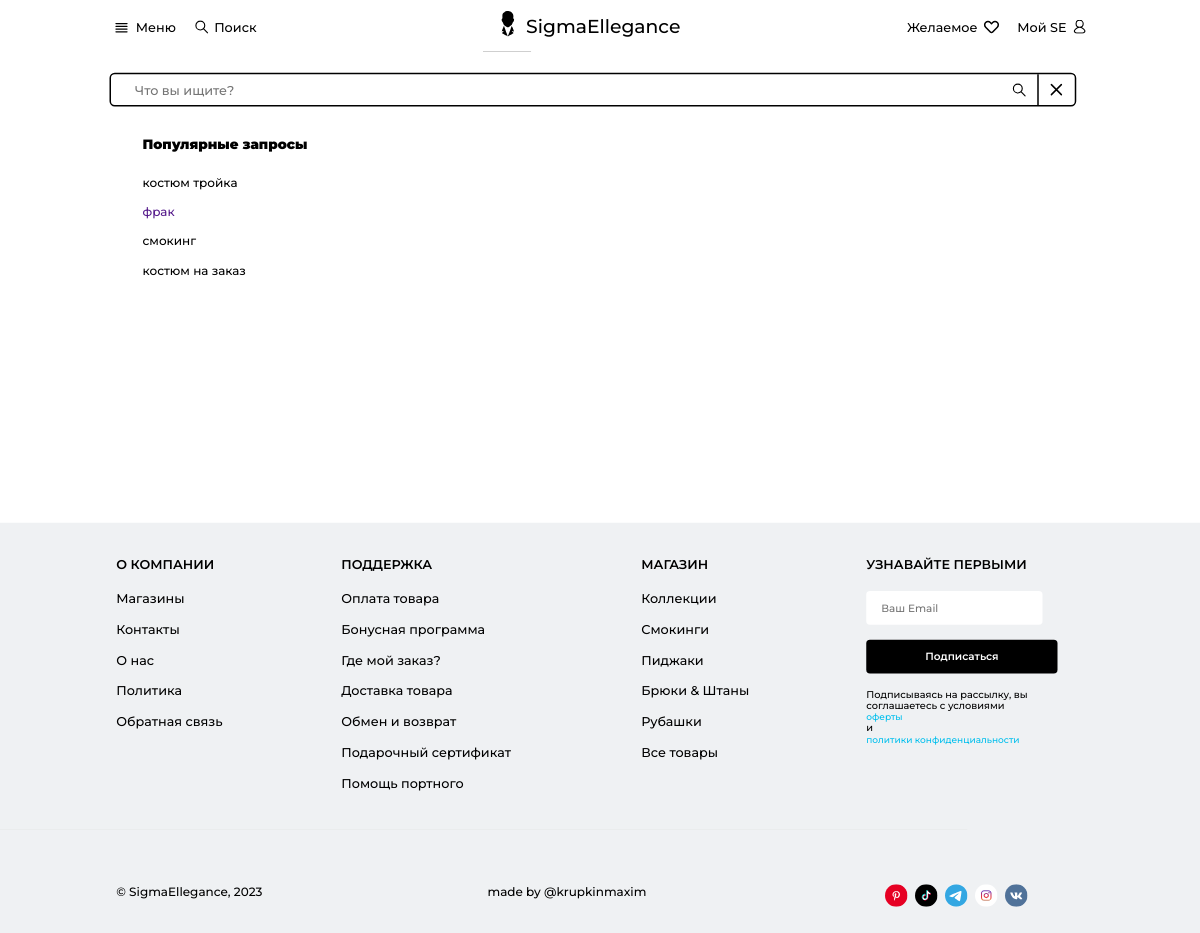
Repository: MaksimKrupkin/SigmaEllegance
Page: /searchPage
These files come from the project's save history. The page is drawn as it stood at one moment and after the next save; the edit follows.
The browser window is 1280 px wide. The page is 1600 px wide, so the pictures cover 1600 px, including what lies to the right of the window. The pictures show the whole page, at 75% of full size.
Some web fonts or font styles are not loaded; a fallback is used. The project was rebuilt for these pictures with package versions that can differ from the ones it lists, and the page was loaded fresh each time. Also part of the build but not shown: src/Components/SideBar/SideBar.module.css, src/Components/SideBar/SideBar.jsx, src/Pages/HomePage.module.css, src/Components/Slider/Slider.module.css, src/Components/SliderCard/SliderCard.module.css, src/Components/SliderCard/SliderCard.jsx, src/Components/Slider/Slider.jsx, src/Components/Styles/Styles.module.css and 16 more.

Above is the page before, as saved 2023-11-29 20:55:16.

### public/index.html
<!DOCTYPE html>
<html lang="en">
  <head>
    <meta charset="utf-8" />

    <meta name="viewport" content="width=device-width, initial-scale=1" />

    <link rel="preconnect" href="https://fonts.googleapis.com" />
    <link rel="preconnect" href="https://fonts.gstatic.com" crossorigin />
    <link
      href="https://fonts.googleapis.com/css2?family=Roboto:wght@400;500;700&display=swap"
      rel="stylesheet" />
    <link
      href="https://fonts.googleapis.com/css2?family=Montserrat:ital,wght@0,300;0,500;0,600;0,900;1,400;1,500&family=Roboto:wght@400;500;700&display=swap"
      rel="stylesheet" />
    <link rel="preconnect" href="https://fonts.googleapis.com" />
    <link rel="preconnect" href="https://fonts.gstatic.com" crossorigin />
    <link
      href="https://fonts.googleapis.com/css2?family=Montserrat:wght@300&family=Roboto:wght@400;500;700&display=swap"
      rel="stylesheet" />
    <link href="https://fonts.cdnfonts.com/css/montserrat" rel="stylesheet" />
    <title>SigmaEllegance</title>
  </head>
  <body>
    <div id="root"></div>
  </body>
</html>

### src/index.js
import React from 'react';
import ReactDOM from 'react-dom/client';
import App from './App';
import { BrowserRouter } from 'react-router-dom';
const root = ReactDOM.createRoot(document.getElementById('root'));
root.render(
  <React.StrictMode>
    <BrowserRouter>
      <App />
    </BrowserRouter>
  </React.StrictMode>,
);

### src/App.js
import Header from './Components/Header/Header';
import HomePage from './Pages/HomePage';
import styles from './App.module.css';
import GoodsPage from './Pages/GoodsPage/GoodsPage';
import OpenGoodPage from './Pages/OpenGoodPage/OpenGoodPage';
import Footer from './Components/Footer/Footer';
import { BrowserRouter, Route, Routes } from 'react-router-dom';
import AboutUs from './Pages/AboutUs/AboutUs';
import SearchPage from './Pages/SearchPage/SearchPage';

function App() {
  return (
    <div className={styles.container}>
      <Header />
      <Routes>
        <Route path="/" element={<HomePage />} />
        <Route path="/goodspage" element={<GoodsPage />} />
        <Route path="/opengoodspage" element={<OpenGoodPage />} />
        <Route path="/aboutUsPage" element={<AboutUs />} />
        <Route path="/searchPage" element={<SearchPage />} />
      </Routes>

      <Footer />
    </div>
  );
}

export default App;

### src/Components/Header/Header.jsx
import React from 'react';
import { useState } from 'react';
import { Link } from 'react-router-dom';
import styles from './Header.module.css';
import logo from '../../assets/img/logo.svg';
import icon1 from '../../assets/img/Icon1.svg';
import icon2 from '../../assets/img/icon2.svg';
import icon3 from '../../assets/img/icon3.svg';
import icon4 from '../../assets/img/icon4.svg';
import SideBar from '../SideBar/SideBar';

function Header() {
  const [toggleMenu, setToggleMenu] = useState(false);
  const HandleToggle = () => {
    setToggleMenu(!toggleMenu);
  };
  console.log(toggleMenu);
  return (
    <header className={styles.header}>
      <div className={styles.left_part}>
        <div onClick={HandleToggle} className={styles.menu}>
          <img className={styles.icon1} src={icon1} alt="" />
          <p>Меню</p>
        </div>
        {toggleMenu && <SideBar HandleToggle={HandleToggle} />}

        <Link to="/searchPage" className={styles.search}>
          <img className={styles.icon2} src={icon2} alt="" />
          <p>Поиск</p>
        </Link>
      </div>
      <Link to="/" className={styles.logo_part}>
        <img className={styles.logo} src={logo} alt="" />
        <p>SigmaEllegance</p>
      </Link>
      <div className={styles.right_part}>
        <a className={styles.liked}>
          <p>Желаемое</p>
          <img className={styles.icon3} src={icon3} alt="" />
        </a>
        <a className={styles.purchases}>
          <p>Мой SE</p>
          <img className={styles.icon4} src={icon4} alt="" />
        </a>
      </div>
    </header>
  );
}

export default Header;

### src/App.module.css
body {
  font-family: 'Montserrat', sans-serif;
  display: block;
  margin: 0 auto;
  padding: 0;
  width: 100%;
  overflow-x: hidden;
}
.container {
  width: 1600px;
  display: block;
  margin: 0 auto;
  position: relative;
}

*,
*::before,
*::after {
  box-sizing: border-box;
}

/* Links */

a,
a:link,
a:visited {
  text-decoration: none;
}

a:hover {
  text-decoration: none;
}

/* Common */

aside,
nav,
footer,
header,
section,
main {
  display: block;
}

h1,
h2,
h3,
h4,
h5,
h6,
p {
  font-size: inherit;
  font-weight: inherit;
}

ul,
ul li {
  list-style: none;
}

img {
  vertical-align: top;
}

img,
svg {
  max-width: 100%;
  height: auto;
}

address {
  font-style: normal;
}

/* Form */

input,
textarea,
button,
select {
  font-family: inherit;
  font-size: inherit;
  color: inherit;
  background-color: transparent;
}

input::-ms-clear {
  display: none;
}

button,
input[type='submit'] {
  display: inline-block;
  box-shadow: none;
  background-color: transparent;
  background: none;
  cursor: pointer;
}

input:focus,
input:active,
button:focus,
button:active {
  outline: none;
}

button::-moz-focus-inner {
  padding: 0;
  border: 0;
}

label {
  cursor: pointer;
}

legend {
  display: block;
}

### src/Components/Footer/Footer.jsx
import React from 'react';
import icon1 from '../../assets/img/pint.svg';
import icon2 from '../../assets/img/TT.svg';
import icon3 from '../../assets/img/TG.svg';
import icon4 from '../../assets/img/IG.svg';
import icon5 from '../../assets/img/VK.svg';
import styles from './Footer.module.css';

export default function Footer() {
  return (
    <footer className={styles.footer}>
      <div className={styles.column_1}>
        <a className={styles.column_title}>О компании</a>
        <a className={styles.column_item}> Магазины</a>
        <a className={styles.column_item}>Контакты</a>
        <a className={styles.column_item}>О нас</a>
        <a className={styles.column_item}>Политика</a>
        <a className={styles.column_item}>Обратная связь</a>
      </div>
      <div className={styles.column_2}>
        <a className={styles.column_title}>Поддержка</a>
        <a className={styles.column_item}> Оплата товара</a>
        <a className={styles.column_item}>Бонусная программа</a>
        <a className={styles.column_item}>Где мой заказ?</a>
        <a className={styles.column_item}>Доставка товара</a>
        <a className={styles.column_item}>Обмен и возврат</a>
        <a className={styles.column_item}>Подарочный сертификат</a>
        <a className={styles.column_item}>Помощь портного</a>
      </div>
      <div className={styles.column_3}>
        <a className={styles.column_title}>Магазин</a>
        <a className={styles.column_item}> Коллекции</a>
        <a className={styles.column_item}>Смокинги</a>
        <a className={styles.column_item}>Пиджаки</a>
        <a className={styles.column_item}>Брюки & Штаны</a>
        <a className={styles.column_item}>Рубашки</a>
        <a className={styles.column_item}>Все товары</a>
      </div>
      <div className={styles.footer_form}>
        <div className={styles.footer_form_title}>Узнавайте первыми</div>
        <form action={styles.text}>
          <input className={styles.footer_form_email} type="text" placeholder="Ваш Email" />
        </form>
        <div className={styles.footer_button}>
          <div className={styles.footer_link}>Подписаться</div>
        </div>
        <div className={styles.policy}>
          Подписываясь на рассылку, вы соглашаетесь с условиями{' '}
          <a href="" className={styles.policy_link}>
            оферты
          </a>{' '}
          и <a className={styles.policy_link}>политики конфиденциальности</a>{' '}
        </div>
      </div>
      <div className={styles.footer_border}>
        <img src="/img/Border.svg" alt="" />
      </div>
      <div className={styles.sigma_corp}>© SigmaEllegance, 2023</div>
      <div className={styles.made_by}>made by @krupkinmaxim</div>
      <div className={styles.social_networks}>
        <img className={styles.pintrest} src={icon1} alt="" />
        <img className={styles.tik_tok} src={icon2} alt="" />
        <img className={styles.telegram} src={icon3} alt="" />
        <img className={styles.instagram} src={icon4} alt="" />
        <img className={styles.vk} src={icon5} alt="" />
      </div>
    </footer>
  );
}

### src/Pages/SearchPage/SearchPage.jsx
import React from 'react';
import styles from './SearchPage.module.css';

export default function SearchPage() {
  return (
    <main class={styles.main}>
      <div className={styles.search_box}>
        <input type="text" placeholder="Что вы ищите?" className={styles.search_field} />
        <button className={styles.search_glass}></button>
        <div className={styles.search_button_wrapper}>
          <button className={styles.search_cross}></button>
        </div>
      </div>

      <div className={styles.often_variants}>
        <div className={styles.often_variants_title}>Популярные запросы</div>

        <div className={styles.often_variants_items}>
          <div className={styles.often_variant_item1}>
            <a href="" className={styles.often_variant_link}>
              костюм тройка
            </a>
          </div>
          <div className={styles.often_variant_item1}>
            <a href="" className={styles.often_variant_ink}>
              фрак
            </a>
          </div>
          <div className={styles.often_variant_item1}>
            <a href="" className={styles.often_variant_link}>
              смокинг
            </a>
          </div>
          <div className={styles.often_variant_item1}>
            <a href="" className={styles.often_variant_link}>
              костюм на заказ
            </a>
          </div>
        </div>
      </div>
    </main>
  );
}

### src/Components/Header/Header.module.css
.header {
  font-family: 'Montserrat', sans-serif;
  margin: 0 auto;
  width: 100%;
  height: 10vh;
  display: flex;
  justify-content: space-around;
  align-items: center;
}

.left_part {
  display: flex;
  justify-content: space-between;
  align-items: center;
  gap: 25px;
  color: #000;
  margin-bottom: -2px;

  font-family: Montserrat;
  font-size: 17px;
  font-style: normal;
  font-weight: 500;
  line-height: normal;
}
.menu {
  display: flex;
  justify-content: space-between;
  align-items: center;
  gap: 8px;
  cursor: pointer;
}
.menu:hover {
  color: rgb(80, 77, 77);
}
.icon1 {
  width: 22px;
  height: 22px;
  margin-bottom: 1px;
}
.search {
  display: flex;
  justify-content: space-between;
  align-items: center;
  gap: 8px;
  cursor: pointer;
  color: black;
}

.search:hover {
  color: rgb(80, 77, 77);
}
.icon2 {
  width: 18px;
  height: 18px;
  margin-bottom: 3px;
}

.logo_part {
  margin-bottom: 3px;
  display: flex;
  justify-content: space-between;
  align-items: center;

  color: #000;

  font-family: Montserrat;
  font-size: 25px;
  font-style: normal;
  font-weight: 400;
  line-height: normal;
  cursor: pointer;
}

.logo {
  width: 67.375px;
  height: 69.103px;
  flex-shrink: 0;
  margin-right: -10px;
}
.right_part {
  margin-bottom: -2px;
  display: flex;
  justify-content: space-between;
  align-items: center;
  gap: 23px;
  font-family: Montserrat;
  font-size: 17px;
  font-style: normal;
  font-weight: 500;
  line-height: normal;
}

.liked {
  display: flex;
  justify-content: space-between;
  align-items: center;
  gap: 8px;
  cursor: pointer;
}
.liked:hover {
  color: rgb(80, 77, 77);
}
.icon3 {
  width: 22px;
  height: 22px;
  margin-bottom: 3px;
}

.purchases {
  display: flex;
  justify-content: space-between;
  align-items: center;
  gap: 8px;
  cursor: pointer;
}
.purchases:hover {
  color: rgb(80, 77, 77);
}

.icon4 {
  width: 19px;
  height: 19px;
  margin-bottom: 3px;
}

### src/Components/Footer/Footer.module.css
.footer {
  background-color: #eff1f3;
  width: 1600px;
  height: 547px;
  position: relative;
}
a {
  display: block;
}

.column_1 {
  position: absolute;
  top: 45px;
  left: 155px;
}

.column_2 {
  position: absolute;
  top: 45px;
  left: 455px;
}

.column_3 {
  position: absolute;
  top: 45px;
  left: 855px;
}
.column_title {
  font-style: normal;
  font-weight: 600;
  font-size: 17px;
  line-height: 21px;
  text-transform: uppercase;
  color: #000000;
  margin-bottom: 25px;
}

.column_item {
  font-family: 'Montserrat';
  font-style: normal;
  font-weight: 400;
  font-size: 17px;
  line-height: 21px;
  color: #000000;
  margin-bottom: 20px;
  cursor: pointer;
}

.footer_form {
  position: absolute;
  top: 45px;
  left: 1155px;
}

.footer_form_title {
  font-style: normal;
  font-weight: 600;
  font-size: 17px;
  line-height: 21px;
  text-transform: uppercase;
  color: #000000;
  margin-bottom: 25px;
}
.footer {
  opacity: 1;
}
.footer_form_email {
  width: 235px;
  height: 45px;
  background-color: white;
  border: none;
  border-radius: 5px;
  font-style: normal;
  font-weight: 400;
  font-size: 14px;
  line-height: 17px;
  padding-left: 20px;
  color: rgba(0, 0, 0, 0.4);
}
.footer_form_email:focus {
  border: 2px solid black;
}

.footer_button {
  margin-top: 20px;
  margin-bottom: 20px;
  width: 255px;
  background-color: #000000;
  border-radius: 5px;
  text-align: center;
  font-style: normal;
  font-weight: 600;
  font-size: 14px;
  line-height: 45px;
  color: #ffffff;
  cursor: pointer;
}
.footer_link {
  color: #ffffff;
}

.policy {
  width: 254px;
  font-style: normal;
  font-weight: 400;
  font-size: 13px;
  line-height: 15px;
  color: #000000;
}
.policy_link {
  font-style: normal;
  font-weight: 400;
  font-size: 12px;
  line-height: 15px;
  color: #00bfed;
}

.footer_border {
  position: absolute;
  bottom: 120px;
}

.sigma_corp {
  position: absolute;
  left: 155px;
  bottom: 45px;

  font-weight: 500;
}

.made_by {
  position: absolute;
  left: 650px;
  bottom: 45px;
  font-weight: 500;
}

.social_networks {
  position: absolute;
  left: 1180px;
  bottom: 35px;
}
.pintrest {
  width: 30px;
  height: 30px;
  margin-right: 10px;
  transition: all 0.1s ease-in;
  cursor: pointer;
}
.pintrest:hover {
  width: 35px;
  height: 35px;
  transform: translateY(-3px);
}
.tik_tok {
  width: 30px;
  height: 30px;
  margin-right: 10px;
  transition: all 0.1s ease-in;
  cursor: pointer;
}
.tik_tok:hover {
  width: 35px;
  height: 35px;
  transform: translateY(-3px);
}
.telegram {
  width: 30px;
  height: 30px;
  margin-right: 10px;
  transition: all 0.1s ease-in;
  cursor: pointer;
}
.telegram:hover {
  width: 35px;
  height: 35px;
  transform: translateY(-3px);
}
.instagram {
  width: 30px;
  height: 30px;
  margin-right: 10px;
  transition: all 0.1s ease-in;
  cursor: pointer;
}
.instagram:hover {
  width: 35px;
  height: 35px;
  transform: translateY(-3px);
}
.vk {
  width: 30px;
  height: 30px;
  margin-right: 10px;
  transition: all 0.1s ease-in;
  cursor: pointer;
}
.vk:hover {
  width: 35px;
  height: 35px;
  transform: translateY(-3px);
}

### src/Pages/SearchPage/SearchPage.module.css
main {
  height: 600px;
}
.search_box {
  margin-top: 25px;
  margin-left: 146px;
  width: 1289px;
  height: 45px;
  display: flex;
  justify-content: space-between;
  align-items: center;
  border: 2px solid black;
  border-radius: 7px;
}
.search_field {
  border: none;
  margin-left: 30px;
  font-size: 17px;
  color: #959595;
  outline: none;
}
.search_glass {
  background-image: url(../../assets/img/lupa.svg);
  background-color: #ffffff;
  background-repeat: no-repeat;
  width: 22px;
  height: 22px;
  margin-top: 12px;
  margin-bottom: 12px;
  margin-right: -40px;
  margin-left: 900px;
  border: none;
}
.search_button_wrapper {
  height: 100%;
  width: 50px;
  border-left: 2px solid black;
  display: flex;
  justify-content: center;
  align-items: center;
}
.search_cross {
  background-image: url(../../assets/img/cross.svg);
  background-color: #ffffff;
  background-repeat: no-repeat;
  width: 22px;
  height: 22px;
  margin-top: 5px;
  margin-left: 3px;
  border: none;
}

.right_menu__item {
  display: flex;
  justify-content: space-between;
  align-items: center;
  gap: 12px;
  cursor: pointer;
}
.right_menu__item:hover {
  color: rgb(124, 109, 109);
}

.often_variants {
  width: 311px;
  height: 196px;
  margin-top: 40px;
  margin-left: 190px;
}

.often_variants_title {
  font-size: 18px;
  font-weight: 700;
  color: #000000;
  margin-bottom: 30px;
  text-align: left;
}

.often_variants_items {
  font-style: 17px;
  font-weight: 400;
  text-align: left;
}

.often_variant_item1 {
  margin-bottom: 20px;
  cursor: pointer;
}

.often_variant_link {
  font-style: 17px;
  font-weight: 400;
  color: #000000;
}

After the next save:
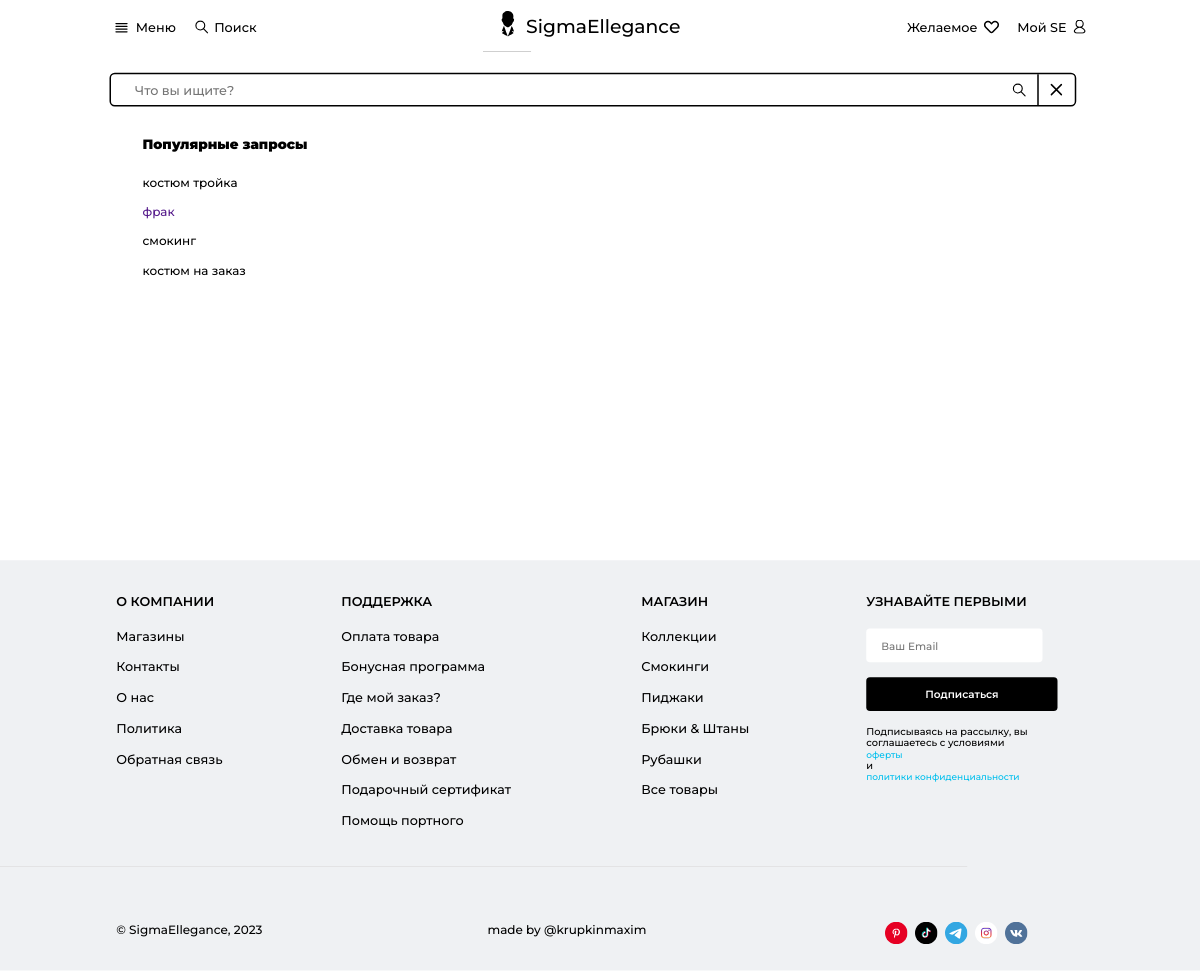
Saved 4 s later.
--- a/src/Pages/SearchPage/SearchPage.module.css
+++ b/src/Pages/SearchPage/SearchPage.module.css
@@ -1,5 +1,5 @@
 main {
-  height: 600px;
+  height: 650px;
 }
 .search_box {
   margin-top: 25px;
